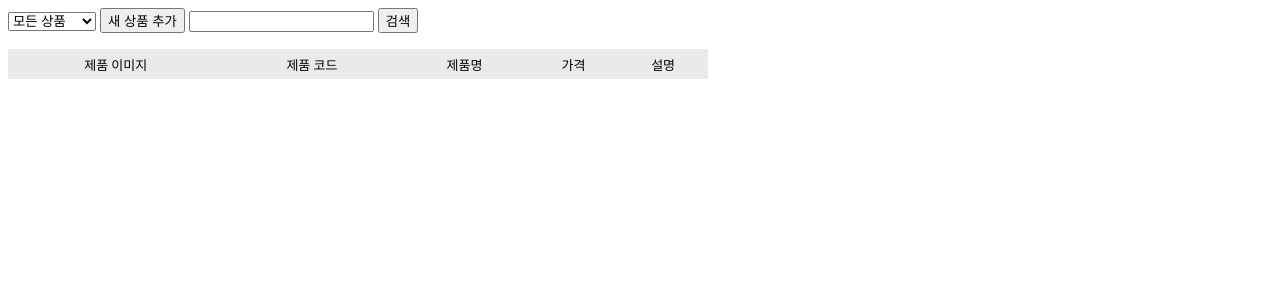
Repository: sjeong12/Photos
Page: http://localhost/LSJ_PHOTO/admin/productList.jsp
These files come from the project's save history. The page is drawn as it stood at one moment and after the next save; the edit follows.
The browser window is 1280 px wide. The pictures show the whole page.
The page is served by Tomcat 9. Queries for data that is not in the repository find no rows.

Above is the page before, as saved 2016-12-07 06:43:51.

After the next save:
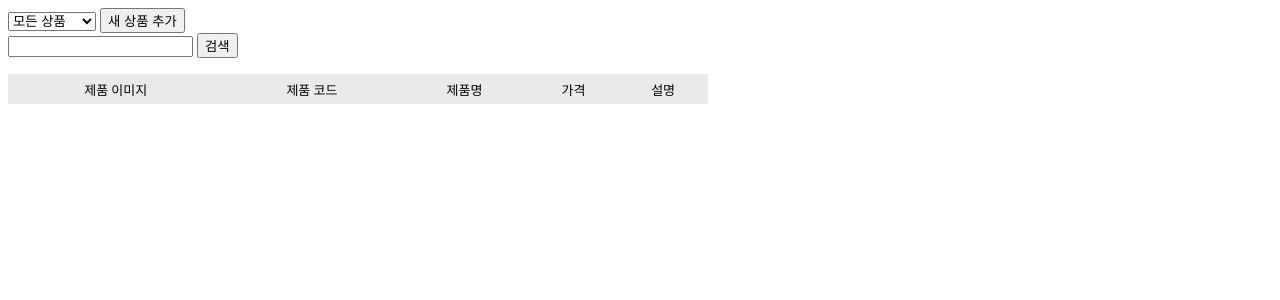
Saved 41 s later.
--- a/LSJ_PHOTO/WebContent/admin/productList.jsp
+++ b/LSJ_PHOTO/WebContent/admin/productList.jsp
@@ -58,11 +58,12 @@ function add_product()
 
 
    </SELECT>
-   <right>
+
 <INPUT TYPE=button VALUE="새 상품 추가" onclick = "add_product()">
- <INPUT TYPE=text NAME=search_value VALUE="<%= in_search_value %>">
+<div text-align: right;>
+<INPUT TYPE=text NAME=search_value VALUE="<%= in_search_value %>">
 <INPUT TYPE=submit VALUE="검색">
-</right>
+</div>
 </FORM>
 
 
